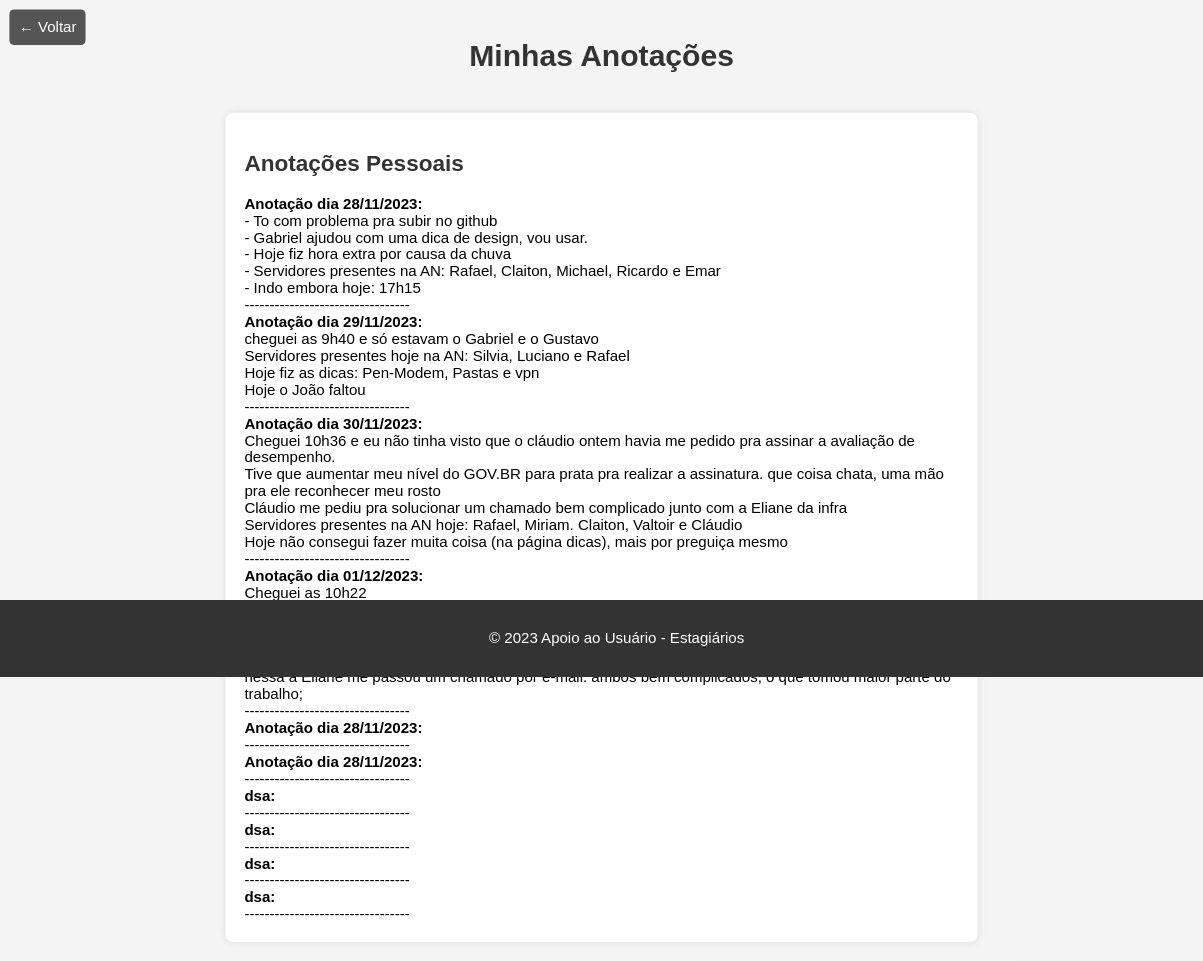
Repository: I4guito/dicasdez
Page: Dicas site/Mais/anotações pessoais de iago/antpessoal.html
An editor plug-in stored every save of this project. The page is shown before and after a run of saves, followed by the edit.
The browser window is 1280 px wide. The pictures show the whole page, at 94% of full size.

Above is the page before, as saved 2023-12-01 17:26:24.

After the next 2 saves:
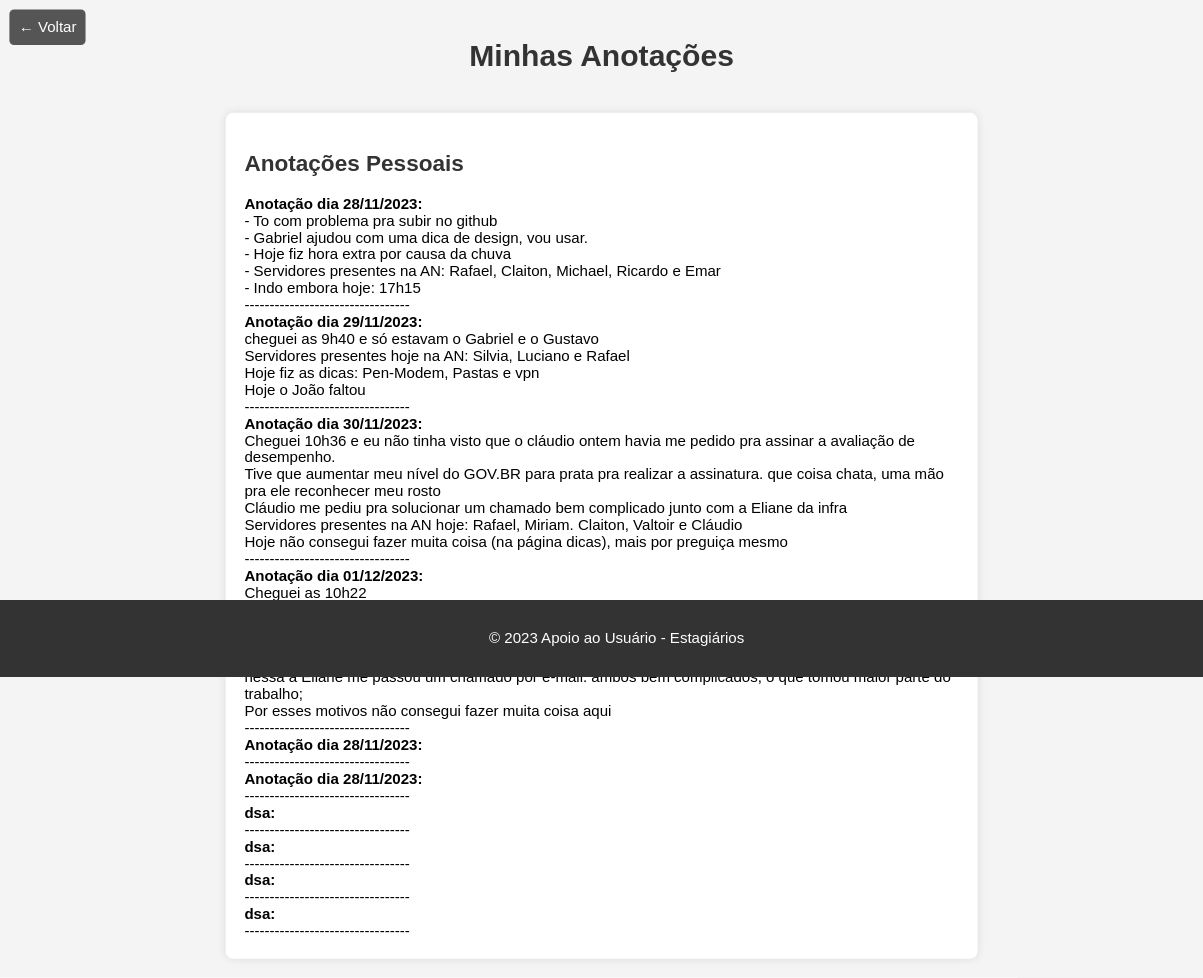
The 2 saves are shown as one change because they came seconds apart.
The last was saved 16 s later.
--- a/Dicas site/Mais/anotações pessoais de iago/antpessoal.html
+++ b/Dicas site/Mais/anotações pessoais de iago/antpessoal.html
@@ -55,7 +55,7 @@
                         <br> Servidores presentes na AN: Rafael e Adriano
                         <br> Hoje fomos Eu, Gustavo, Keslley e o João almoçar no Trattoria do Porto. +1 hora de trabalho
                         <br> Hoje o Michael me deu 3 chamados, o Cláudio pediu pra eu fazer um monitoramento com a Eliane, e nessa a Eliane me passou um chamado por e-mail. ambos bem complicados, o que tomou maior parte do trabalho;
-                        <br
+                        <br> Por esses motivos não consegui fazer muita coisa aqui
 
                     </div>
                     ---------------------------------
